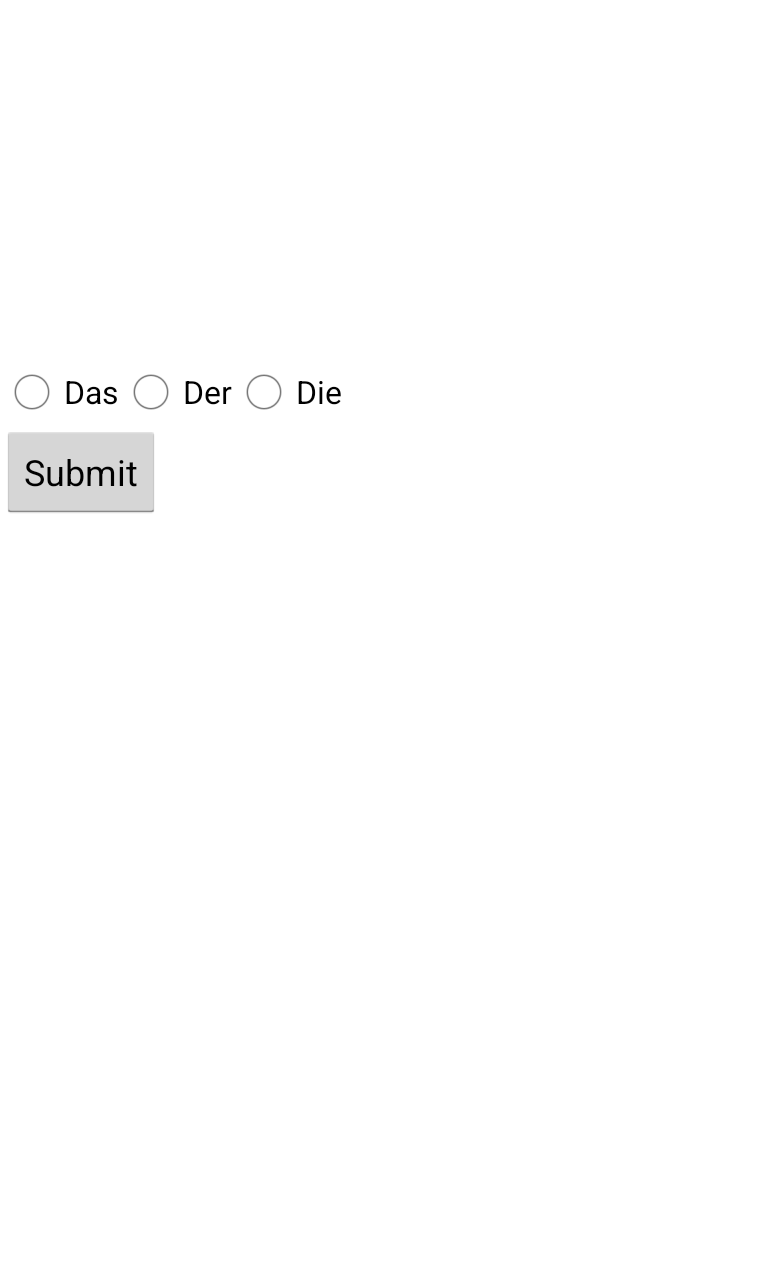
Repository: sam-stewart/in721
Layout: Eclipse/GenderLearning/res/layout/fragment_quizquestion.xml
These files come from the project's save history. The layout is drawn as it stood at one moment and after the next save; the edit follows.
It is drawn on a 768 x 1280 px phone screen (xhdpi) without system bars, with theme AppTheme; the app's code is not run.

Above is the layout before, as saved 2015-03-03 23:54:53.

After the next save:
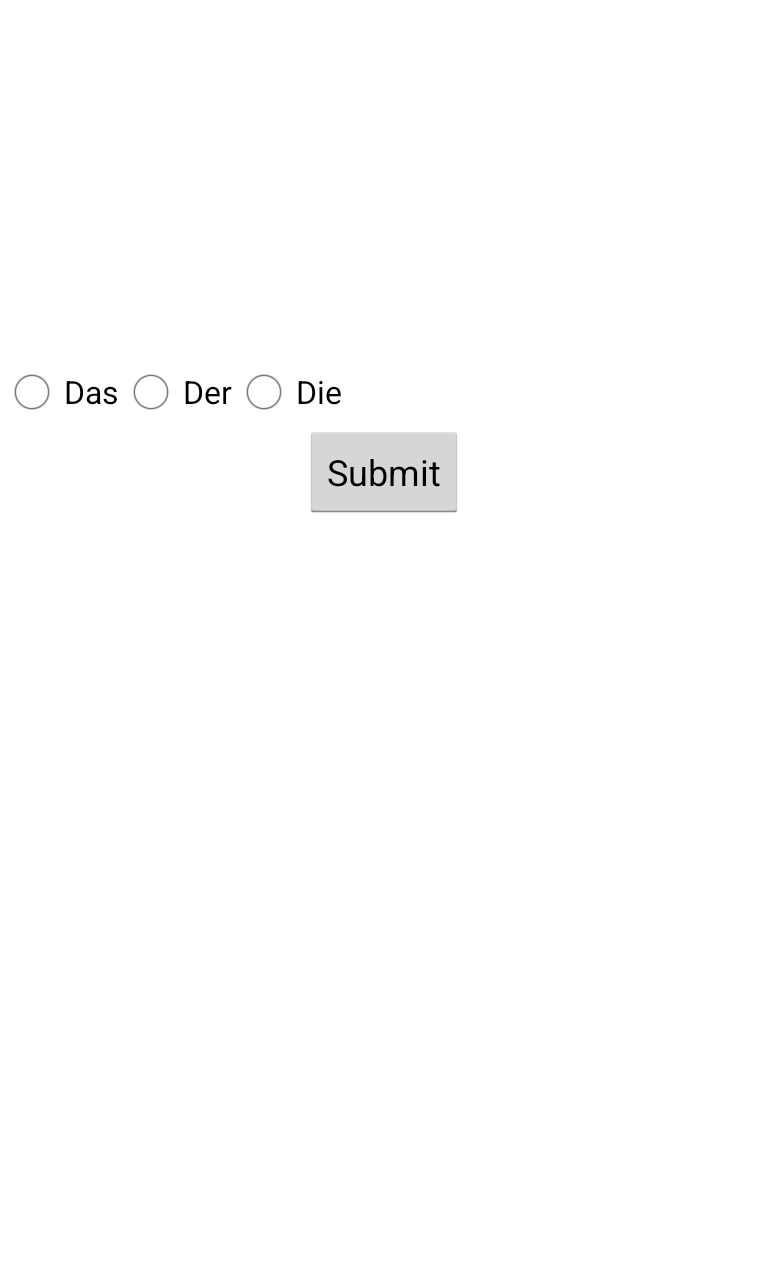
Saved 23 s later.
--- a/Eclipse/GenderLearning/res/layout/fragment_quizquestion.xml
+++ b/Eclipse/GenderLearning/res/layout/fragment_quizquestion.xml
@@ -18,6 +18,7 @@
 	    android:id="@+id/radio_group"
 	    android:layout_width='match_parent'
 	    android:layout_height="wrap_content"
+        android:layout_gravity="center"
 	    android:text="Answer"
 	    android:orientation='horizontal'>
 	    <RadioButton android:id="@+id/radio_das"
@@ -38,6 +39,7 @@
 	    android:id="@+id/bttn_submit"
 	    android:layout_width="wrap_content"
 	    android:layout_height="wrap_content"
+        android:layout_gravity="center"
 	    android:text="Submit" />
 
 </LinearLayout>
